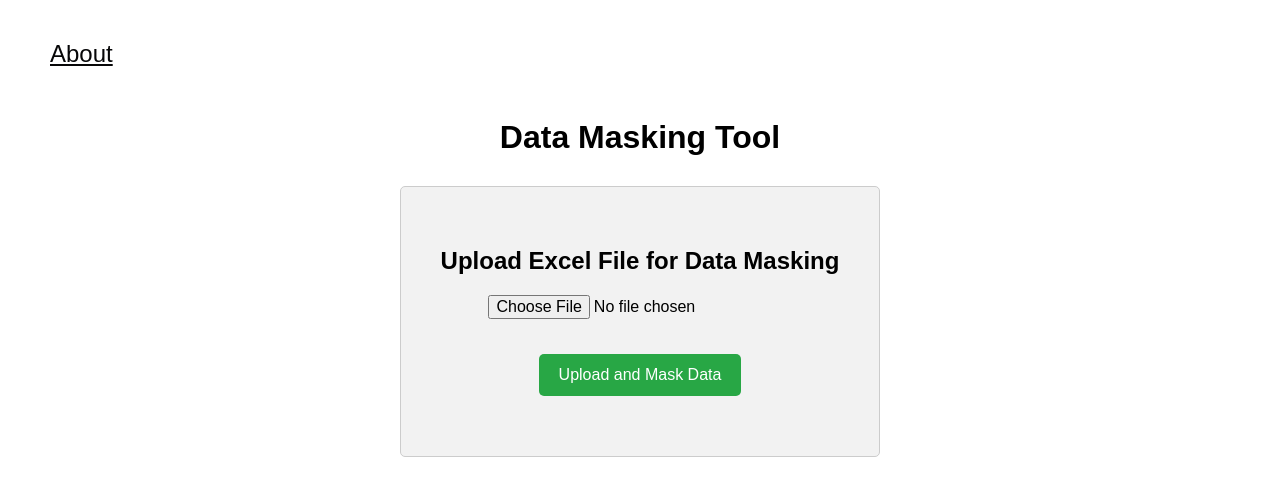
Repository: prithika12/DataMasking_Tool
Page: index.html
These files come from the project's save history. The page is drawn as it stood at one moment and after the next save; the edit follows.
The browser window is 1280 px wide. The pictures show the whole page.

Above is the page before, as saved 2024-07-09 12:04:29.

### index.html
<!DOCTYPE html>
<html>
<head>
    <title>Data Masking Tool</title>
    <style>
        body {
            font-family: Arial, sans-serif;
            margin: 0px;
            padding: 0;
            display: flex;
            flex-direction: column; /* Align items in a column */
            justify-content: center; /* Center vertically */
            align-items: center; /* Center horizontally */
            height: 80vh; /* Full viewport height */
        }
        .container {
            max-width: 600px;
            padding: 40px 40px;
            background-color: #f2f2f2;
            border: 1px solid #ccc;
            border-radius: 5px;
            text-align: center; /* Center text inside container */
        }
        h1 {
            text-align: center; /* Center text */
            margin-top: 0; /* Remove default margin */
            margin-bottom: 30px;
        }
        h2 {
            text-align: center;
        }
        input[type="file"] {
            display: block;
            font-size: medium;
            margin: 20px auto;
        }
        button {
            display: block;
            margin: 20px auto;
            font-size: medium;
            margin-top: 35px;
            padding: 12px 20px;
            background-color: #28a745;
            color: white;
            border: none;
            border-radius: 5px;
            cursor: pointer;
        }
        button:hover {
            background-color: #218838;
        }
        .about-link {
            position: absolute;
            top: 20px;
            left: 20px;
            padding: 20px 30px;
        }
        .about-link a {
            color: #070708;
            font-size: x-large;
            text-decoration: underline;
        }
        .about-link a:hover {
            text-decoration: underline;
        }
    </style>
</head>
<body>
    <h1>Data Masking Tool</h1>
    <div class="container">
        <h2>Upload Excel File for Data Masking</h2>
        <form action="/uploader" method="post" enctype="multipart/form-data">
            <input type="file" name="file" accept=".xlsx">
            <button type="submit">Upload and Mask Data</button>
        </form>
    </div>
    <div class="about-link">
        <a href="https://github.com/prithika12/DataMasking_Tool/blob/main/README.md" target="_blank">About</a>
    </div>
</body>
</html>

After the next save:
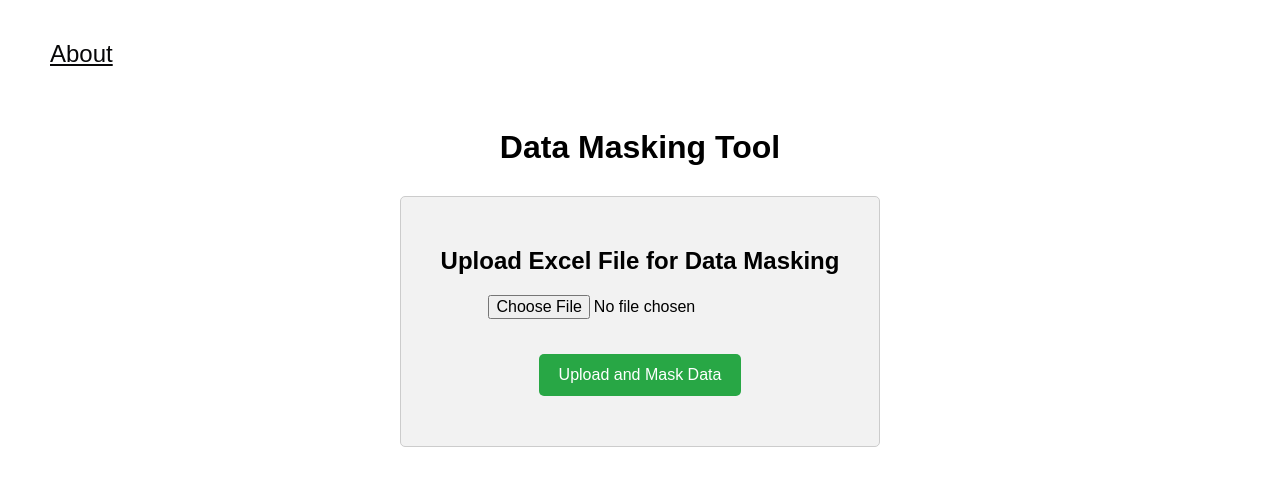
Saved 6 s later.
--- a/index.html
+++ b/index.html
@@ -15,7 +15,7 @@
         }
         .container {
             max-width: 600px;
-            padding: 40px 40px;
+            padding: 30px 40px;
             background-color: #f2f2f2;
             border: 1px solid #ccc;
             border-radius: 5px;
